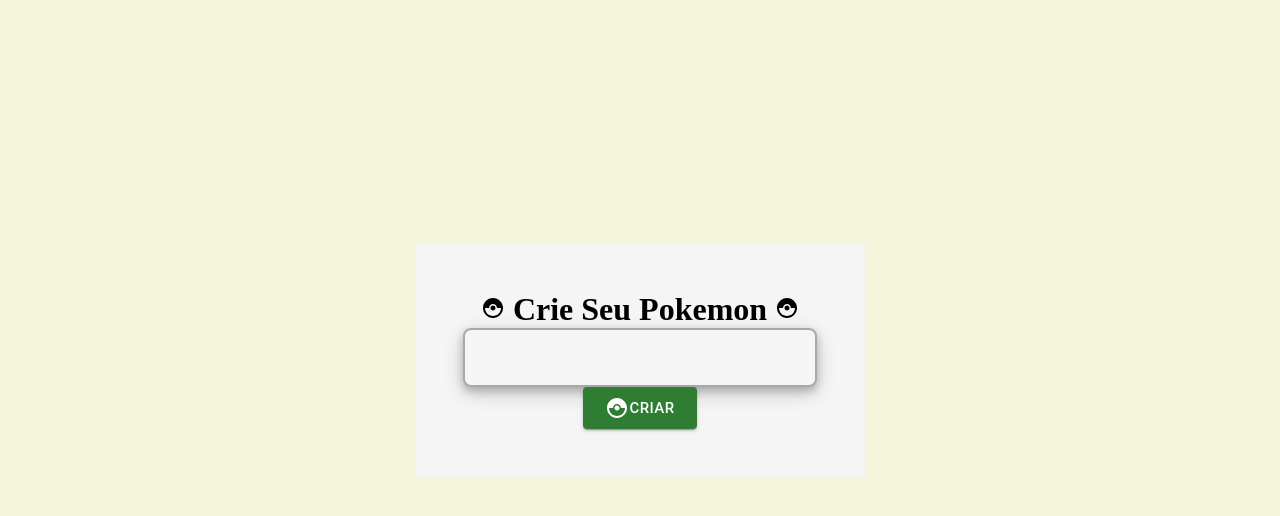
Repository: MilenaMartini/pokedex_react_js
Page: /pokedex/new
An editor plug-in stored every save of this project. The page is shown before and after the next save, followed by the edit.
The browser window is 1280 px wide. The pictures show the whole page.
The page's requests for data from a server got no answer. The project was rebuilt for these pictures with package versions that can differ from the ones it lists, and the page was loaded fresh each time. No one was signed in, and anything a server would have sent is missing. Also part of the build but not shown: src/pages/Login/Styles_Login.js, src/Components/Navbar/Navbar.jsx, src/Components/PokemonCard/Pk_Card.jsx, src/Components/Skeletons/Skeletons.jsx, src/pages/Pg_Pokedex/Pg_Poke.js, src/styles/styles.css, src/Components/Button/Styles_Btn_Login.js, src/Components/Button/Btn_Login.js and 1 more.

Above is the page before, as saved 2023-02-04 11:26:43.

### src/index.js
import React from 'react'
import ReactDOM from 'react-dom/client'
import GlobalStyle from './Styles/Global'
import Routering from './Components/Routes/routes'
import { RecoilRoot } from 'recoil';


const root = ReactDOM.createRoot(document.getElementById('root'));
root.render(
  <React.StrictMode>
    <RecoilRoot>
    <GlobalStyle/>
    <Routering/>
    </RecoilRoot>
  </React.StrictMode>

);

### src/styles/global.js
import { createGlobalStyle } from "styled-components";

const GlobalStyle = createGlobalStyle`

*{
  margin: 0;
  padding: 0;
  box-sizing: border-box;
}

body{
  width: 100vw;
  height: 100vh;
  background-color: #f0f2f5;//fica de olho : ou > possivel erro?
  font-family: poppins

}
`
export default GlobalStyle;

//  box-sizing: border-box; serve para não ter que se preocupa com height e widht, independente do padding ou margin.

### src/Components/Routes/routes.js
import React from "react";
import Login from "../../pages/Login/Pg_Login"
import Poke from "../../pages/Pg_Pokedex/Pg_Poke"
import NewPk from "../../pages/edit_pk/Novo_Pokemon"

import { BrowserRouter as Router, Routes, Route } from "react-router-dom"

const Routering = () => {
  return (
    <Router>
      <Routes>
        <Route path="/" element={<Login/>} />
        <Route path="/pokedex" element={<Poke/>} />
        <Route path="/pokedex/new" element={<NewPk/>} />
        {/* <Route path="/pokedex/:id" element={<NewPk/>} /> */}
      </Routes>
    </Router>
   );
}

export default Routering ;

### src/pages/edit_pk/Novo_Pokemon.js
import {Container,Form} from '../edit_pk/Novo_PkStyles'
import Input from '../../Components/Input/Input'
import { useParams } from 'react-router-dom'
import { useState, useEffect } from 'react'
import Button from '@mui/material/Button';
import CatchingPk from '@mui/icons-material/CatchingPokemon';
function Novo_Pokemon() {
    const {id} = useParams()

     const pk = async (event) => {
      try {
         window.close('pokedex/new', '_self')
         }
       catch(err){
         alert('Algo deu errado :c' + err)
       }
      }

    const [newPk, setNewPk] = useState([])

    useEffect(() => {
      fetch('http://localhost:3000/pokedex/new', {
        method: 'GET',
        headers: {
          'Content-Type': 'application/json',
        },
      }).then(resp => resp.json())
      .then((data) => {
        setNewPk(data)
      })
      .catch(err => console.log)
    }, [id])

  return(
    <Container>
      <Form>

        <h1><CatchingPk/> Crie Seu Pokemon <CatchingPk/> </h1>
        <Input
          name='Nome'
         placeholder='Digite o nome do Pokemon'
         //  componente personalizado
        />

       <Button size="large"  variant="contained" color="success" onClick={pk}>
       <CatchingPk /> Criar</Button>
      </Form>
    </Container>
)}

export default Novo_Pokemon

### src/Components/Input/Input.js
import React from 'react'
import { InputCustomzado } from './Styles_Input'


const Input = () => {
  return (
    <InputCustomzado/>
  );
}

export default Input;

### src/pages/edit_pk/Novo_PkStyles.js
import styled from 'styled-components'


export const Container = styled.div`
  display: flex;
  justify-content: center;
  align-items: center;
  height: 100vh;
  min-width: 100vw;
  background-color: beige
`

export const Form = styled.div`
display: flex;
  padding: 3rem;
  flex-direction: column;
  align-items: center;
  justify-content: center;
  background-color: whitesmoke;
  border-radius: 5px;
  width: 100%;
  max-width: 450px;
  gap: 30px 0px

h1 {
  color: #2c2c2c;
  font-size: 29px;
  font-weight: bold;
}

a {
  color: #2c2c2c;
  font-size: 15px;
  font-weight: bold;
}

p {
  color: gray;
  font-size: 15px;
  font-weight: bold;
}

`

### src/Components/Input/Styles_Input.js
import styled from 'styled-components'


export const InputCustomzado = styled.input`
  color: black;
  font-size: 20px;
  background-color: whitesmoke;
  border: 2px solid darkgray;
  border-radius: 8px;
  box-shadow: 0 4px 8px 0 rgba(0, 0, 0, 0.2), 0 6px 20px 0 rgba(0, 0, 0, 0.19);
  padding: 16px 20px;
  width: 100%;

    input::placehalder {
      color: #FFF;
      font-size: 12px;
      opacity: 0.7;
    }
`

Loaded but not shown: public/index.html (common file)

After the next save:
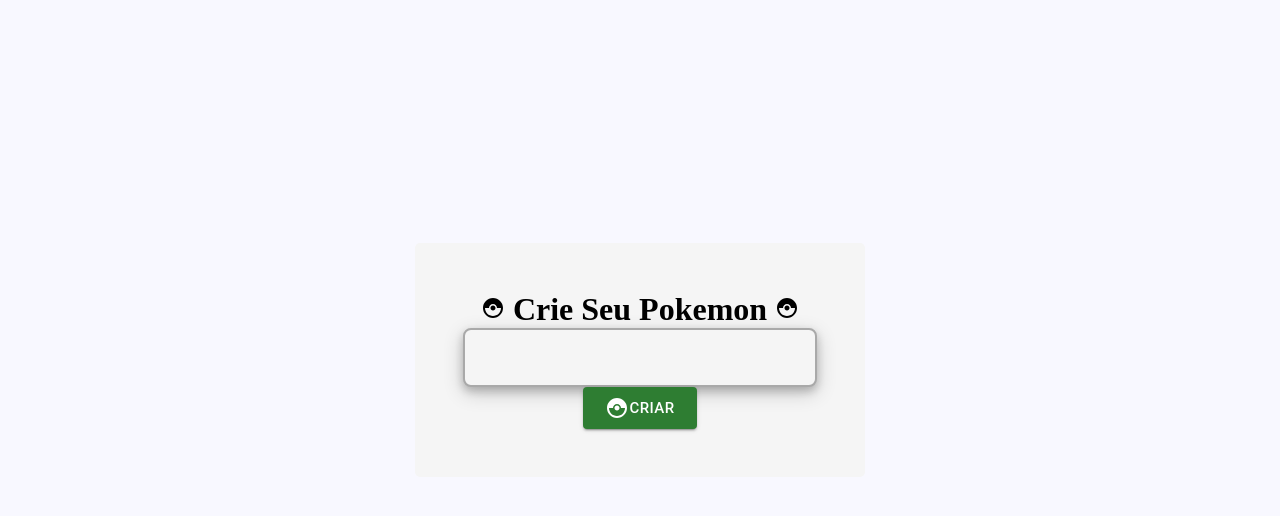
Saved 14 s later.
--- a/src/pages/edit_pk/Novo_PkStyles.js
+++ b/src/pages/edit_pk/Novo_PkStyles.js
@@ -7,7 +7,7 @@
   align-items: center;
   height: 100vh;
   min-width: 100vw;
-  background-color: beige
+  background-color: ghostwhite
 `
 
 export const Form = styled.div`
